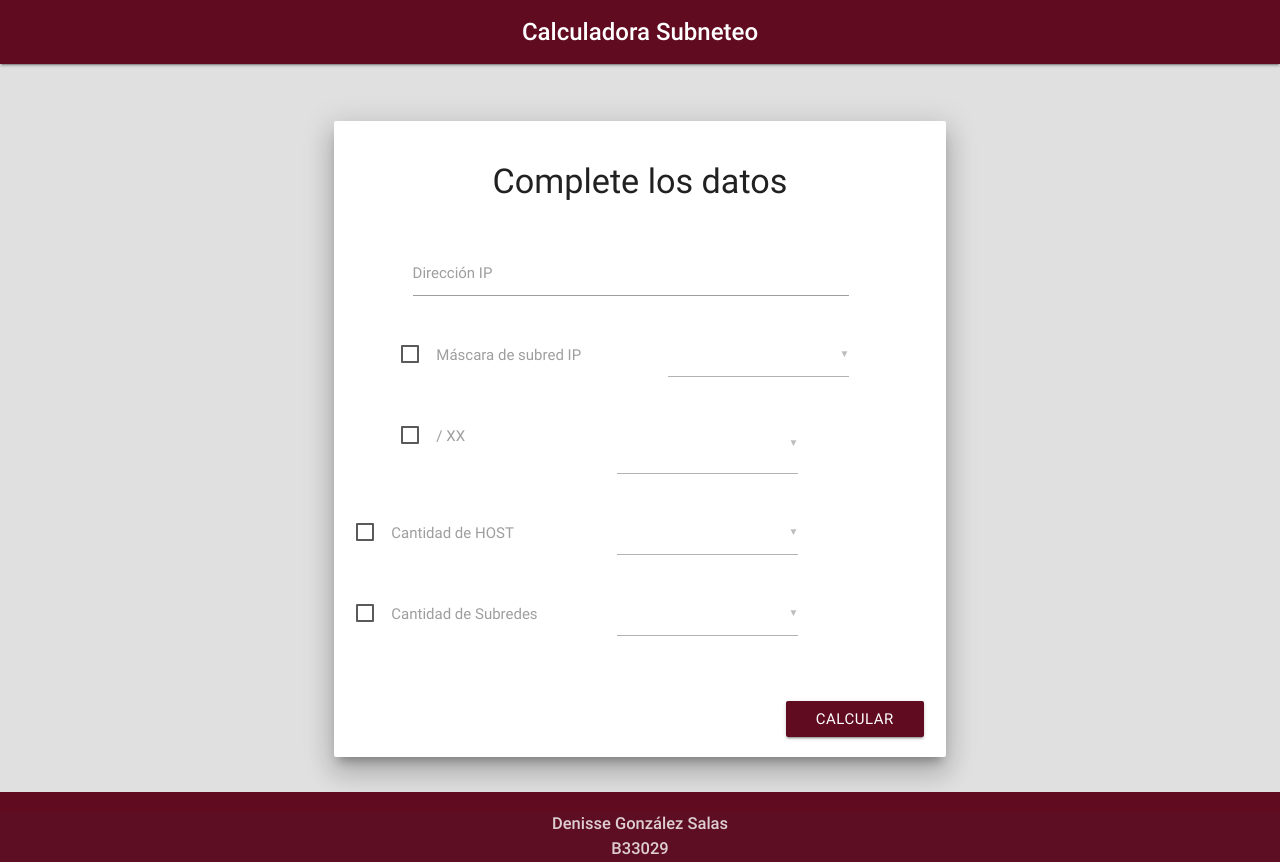
Repository: DenisseGS/Subnet-Calc
Page: http://localhost/
The author's editor kept a record of every edit. The page is drawn from the files as they stood at one moment, then again after the next edit.
The browser window is 1280 px wide. The pictures show the whole page.
Some web libraries are served in a nearby version. The page is served by the project's Laravel application, run on PHP 8.4 with Laravel 8. Other server files are loaded and not shown. Queries for data that is not in the repository find no rows.

Above is the page before.

### routes/web.php
<?php

/*
|--------------------------------------------------------------------------
| Web Routes
|--------------------------------------------------------------------------
|
| Here is where you can register web routes for your application. These
| routes are loaded by the RouteServiceProvider within a group which
| contains the "web" middleware group. Now create something great!
|
*/

Route::get('/', 'CalculadoraController@home');

Auth::routes();

Route::get('/home', 'HomeController@index');

Auth::routes();

Route::get('/home', 'HomeController@index');

Auth::routes();

Route::get('/home', 'HomeController@index');


Route::get('/calcular', 'CalculadoraController@principal');

### app/MascaraXX.php
<?php

namespace App;

use Illuminate\Database\Eloquent\Model;

class MascaraXX extends Model
{
    protected $table = 'mascara/XX';

    protected $primaryKey = 'IDMascaraXX';

    protected $fillable = array('Valor');

    public $timestamps = false;

}

### app/MascaraIP.php
<?php

namespace App;

use Illuminate\Database\Eloquent\Model;

class MascaraIP extends Model
{
    protected $table = 'mascaraIP';

    protected $primaryKey = 'IDMascaraIP';

    protected $fillable = array('Valor');

    public $timestamps = false;
}

### app/Host.php
<?php

namespace App;

use Illuminate\Database\Eloquent\Model;

class Host extends Model
{
    protected $table = 'host';

    protected $primaryKey = 'IDHost';

    protected $fillable = array('Valor');

    public $timestamps = false;
}

### app/Subred.php
<?php

namespace App;

use Illuminate\Database\Eloquent\Model;

class Subred extends Model
{
    protected $table = 'subred';

    protected $primaryKey = 'IDSubred';

    protected $fillable = array('Valor');

    public $timestamps = false;
}

### app/Rangos.php
<?php

namespace App;

use Illuminate\Database\Eloquent\Model;

class Rangos extends Model
{
    protected $table = 'rangos';

    protected $primaryKey = 'IDRango';

    protected $fillable = array('DireccionRed', 'HostInicial', 'HostFinal', 'Broadcast');

    public $timestamps = false;
}

### resources/views/Calculadora.blade.php
@extends('layouts.app')

@section('content')
<div class="container">
    <div class="row">
        <br><br>

          @if(session()->has('msj'))
            <div class="col s12 m3 l2"></div>
            <div class="col s12 m4 l8 card-panel red lighten-3 center-align">
              <span class="white-text">{{session('msj')}}</span>
            </div><br><br>
          @endif

        <div class="col s12 m3 l2"></div>
        <div class=" col s12 m4 l8 card-panel z-depth-5">
            <div class="row">
              <div class="col s12 m4 l4"></div>
              <br><h4 class="center-align">Complete los datos</h4>
              <div class="col s12 m4 l4"></div>
            </div>

            <div class="row">
                <form class="col s12" method="GET" action="/calcular">
                  {{ csrf_field() }}

                  <div class="row">
                    <div class="input-field col"></div><div class="input-field col"></div><div class="input-field col"></div>

                    <div class="input-field col m9">
                      <input id="direccionIP" name="direccionIP" type="text" class="validate"  required oninvalid="this.setCustomValidity('Debe ingresar una dirección IP con el formato: X.X.X.X')"
                        oninput="setCustomValidity('')" required>
                      <label for="direccionIP">Dirección IP</label>
                    </div>

                    <div class="input-field col s5">
                        <div class="input-field col"></div><div class="input-field col"></div>
                        <input type="checkbox" id="checkMascaraIP"/>
                        <label for="checkMascaraIP">Máscara de subred IP</label><br><br>
                    </div>

                    <div class="input-field col"></div><div class="input-field col"></div><div class="input-field col"></div>

                    <div class="input-field col s4">
                        <select id='mascaraIP' name='mascaraIP' disabled>
                          @foreach ($mascarasIP as $maskIP)
                            <option value="{{ $maskIP->IDMascaraIP }}">{{ $maskIP->Valor }}</option>
                          @endforeach
                        </select>
                    </div>

                    <div class="input-field col s4">
                        <div class="input-field col"></div><div class="input-field col"></div>
                        <input type="checkbox" id="checkmascaraXX"/>
                        <label for="checkmascaraXX">/ XX</label><br><br>
                    </div>

                    <div class="input-field col"></div><div class="input-field col"></div><div class="input-field col"></div>

                    <div class="input-field col s4">
                      <div class="input-field col"></div>
                        <select id="mascaraXX" name='mascaraXX' disabled>
                          @foreach ($mascarasXX as $maskXX)
                            <option value="{{ $maskXX->IDMascaraXX }}">{{ $maskXX->Valor }}</option>
                          @endforeach
                        </select>
                    </div>

                    <div class="input-field col"></div><div class="input-field col"></div><div class="input-field col"></div>

                    <div class="input-field col s4">
                        <input type="checkbox" id="checkHost"/>
                        <label for="checkHost">Cantidad de HOST</label><br><br>
                    </div>

                    <div class="input-field col"></div><div class="input-field col"></div><div class="input-field col"></div>

                    <div class="input-field col s4">
                        <select id='hosts' name='hosts' disabled>
                          @foreach ($hosts as $host)
                            <option value="{{ $host->Valor }}">{{ $host->Valor }}</option>
                          @endforeach
                        </select>
                    </div>

                    <div class="input-field col"></div><div class="input-field col"></div><div class="input-field col"></div>

                    <div class="input-field col s4">
                        <input type="checkbox" id="checkSubredes"/>
                        <label for="checkSubredes">Cantidad de Subredes</label><br><br>
                    </div>

                    <div class="input-field col"></div><div class="input-field col"></div><div class="input-field col"></div>

                    <div class="input-field col s4">
                        <select id="subredes" name='subredes' disabled>
                          @foreach ($subredes as $subred)
                            <option value="{{ $subred->Valor }}">{{ $subred->Valor }}</option>
                          @endforeach
                        </select>
                    </div>
                  </div>

                  <div class="col s12">
                        <br>
                        <button class="btn waves-effect waves-light btn right" type="submit" name="action">Calcular</button>
                  </div>

                </form>
            </div>
        </div>
    </div>
</div>

<script>

window.onload = function() {

   $('select').material_select();

    $("#checkmascaraXX").change(function() {
        if($("#checkmascaraXX").is(':checked')) {
            $("#mascaraXX").prop('disabled', false);
            $("#checkMascaraIP").prop('disabled', true);
            $('select').material_select();
        } else {
            $("#mascaraXX").prop('disabled', true);
            $("#checkMascaraIP").prop('disabled', false);
            $('select').material_select();
        }
    });

    $("#checkMascaraIP").change(function() {
        if($("#checkMascaraIP").is(':checked')) {
            $("#mascaraIP").prop('disabled', false);
            $("#checkmascaraXX").prop('disabled', true);
            $('select').material_select();
        } else {
            $("#mascaraIP").prop('disabled', true);
            $("#checkmascaraXX").prop('disabled', false);
            $('select').material_select();
        }
    });

        $("#checkHost").change(function() {
        if($("#checkHost").is(':checked')) {
            $("#hosts").prop('disabled', false);
            $("#checkSubredes").prop('disabled', true);
            $('select').material_select();
        } else {
            $("#hosts").prop('disabled', true);
            $("#checkSubredes").prop('disabled', false);
            $('select').material_select();
        }
    });

    $("#checkSubredes").change(function() {
        if($("#checkSubredes").is(':checked')) {
            $("#subredes").prop('disabled', false);
            $("#checkHost").prop('disabled', true);
            $('select').material_select();
        } else {
            $("#subredes").prop('disabled', true);
            $("#checkHost").prop('disabled', false);
            $('select').material_select();
        }
    });

}

</script>

@endsection

### resources/views/layouts/app.blade.php
<!DOCTYPE html>
<html lang="{{ config('app.locale') }}">
<head>
    <meta charset="utf-8">
    <meta http-equiv="X-UA-Compatible" content="IE=edge">
    <meta name="viewport" content="width=device-width, initial-scale=1">

    <!-- CSRF Token -->
    <meta name="csrf-token" content="{{ csrf_token() }}">

    <title>{{ config('app.name', 'Calculadora_CIDR') }}</title>

    <!-- Styles
    <link href="{{ asset('css/app.css') }}" rel="stylesheet"> -->
    <link type="text/css" rel="stylesheet" href="style/css/materialize.min.css"  media="screen,projection"/>
    <link type="text/css" rel="stylesheet" href="style/css/master.css"/>

    <!-- Scripts -->
    <script>
        window.Laravel = {!! json_encode([
            'csrfToken' => csrf_token(),
        ]) !!};
    </script>

    <style>

         #body {
            display: flex;
            min-height: 100vh;
            flex-direction: column;
            background-color: #e0e0e0;
            font-size: 110%;
         }

         #main {
            flex: 1 0 auto;
         }

        #footer, #nav, .btn {
            background-color: #610B21;
        }

        #tamanoFooter { height: 50px; }

        .btn:hover {
            background-color: #840f2d;
        }

        .dropdown-content li > a, .dropdown-content li > span {
            color: #840f2d;
        }

        [type="checkbox"]:checked + label:before {
            border-right: 2px solid #840f2d;
            border-bottom: 2px solid #840f2d;
        }

        input[type=text]:focus:not([readonly]) + label {
          color: #840f2d;
          font-size: 100%;
        }

        input[type=checkbox]:focus:not([readonly]) + label {
          color: #840f2d;
          font-size: 95%;
        }

        form label{font-size: 100%; color: #840f2d;}

        input[type=text]:focus:not([readonly]) {
          border-bottom: 1px solid #840f2d;
          box-shadow: 0 1px 0 0 #840f2d;
        }

    </style>

</head>

<body id="body">
        <header>
            <nav id="nav">
                <div class="nav-wrapper">
                    <div class="container center">
                        <font size=5><strong>Calculadora Subneteo</strong></font>
                    </div>
                </div>
            </nav>
        </header>

        <main id="main">
          <div class= "content">
            @yield('content')
          </div>
        </main>

        <footer id="footer" class="page-footer">
          <div id="tamanoFooter" class="footer-copyright">
            <div class="container center">
                <div class="col l6 s12">
                    <strong>Denisse González Salas</strong>
                    <br>
                    <strong>B33029</strong>
              </div>
            </div>
          </div>
        </footer>

    <!-- Scripts -->
    <script src="{{ asset('js/app.js') }}"></script>
    <script type="text/javascript" src="https://code.jquery.com/jquery-2.1.1.min.js"></script>
    <script type="text/javascript" src="https://cdnjs.cloudflare.com/ajax/libs/jquery-validate/1.16.0/jquery.validate.min.js"></script>
    <script type="text/javascript" src="style/js/materialize.min.js"></script>

</html>

### public/style/css/master.css
  #body {
    display: flex;
    min-height: 100vh;
    flex-direction: column;
    background-color: #e0e0e0;
  }

  #main {
    flex: 1 0 auto;
  }

Loaded but not shown: app/Http/Controllers/Controller.php (common file); public/style/css/materialize.min.css (library); public/js/app.js (library); public/style/js/materialize.min.js (library); app/Http/Controllers/CalculadoraController.php (329 lines, source omitted)

After the next edit:
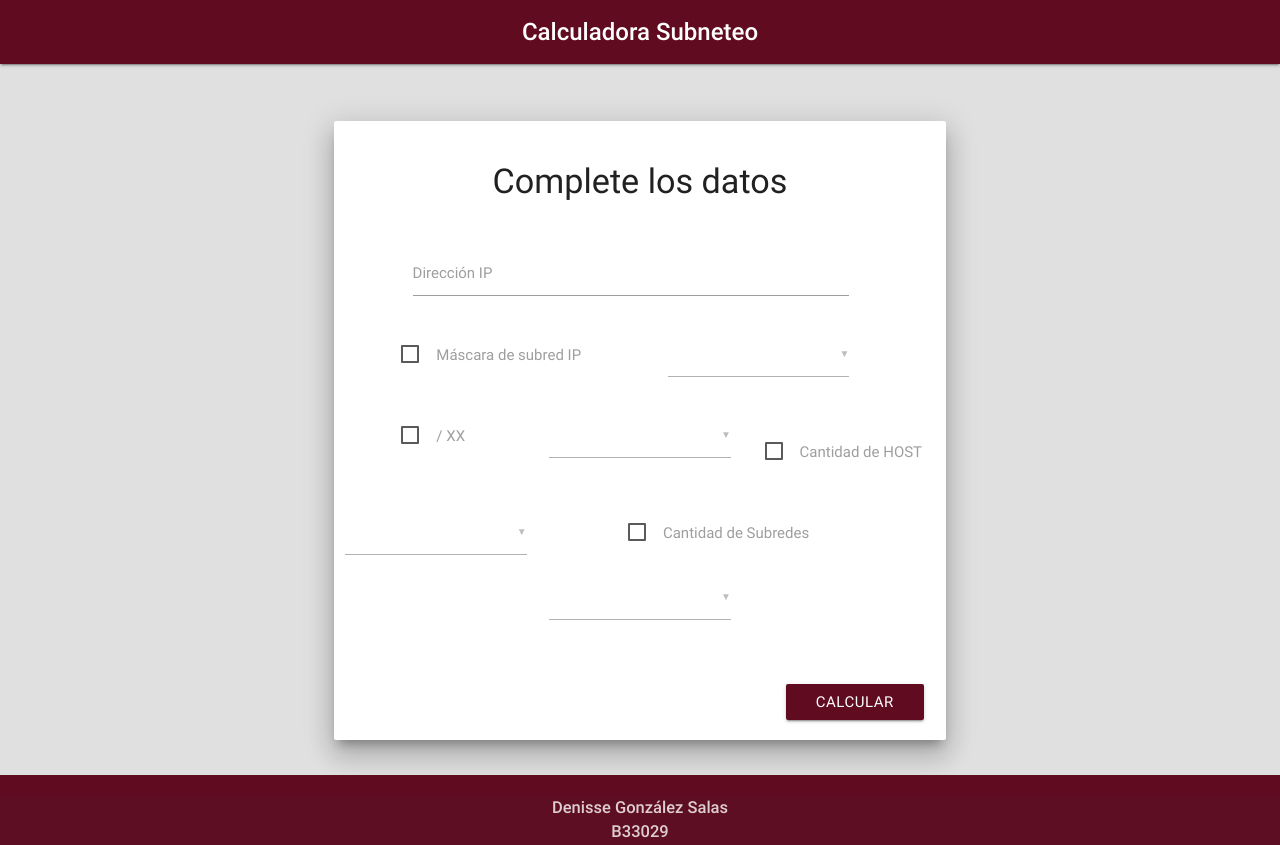
The edit:
--- a/resources/views/Calculadora.blade.php
+++ b/resources/views/Calculadora.blade.php
@@ -55,10 +55,7 @@
                         <label for="checkmascaraXX">/ XX</label><br><br>
                     </div>
 
-                    <div class="input-field col"></div><div class="input-field col"></div><div class="input-field col"></div>
-
                     <div class="input-field col s4">
-                      <div class="input-field col"></div>
                         <select id="mascaraXX" name='mascaraXX' disabled>
                           @foreach ($mascarasXX as $maskXX)
                             <option value="{{ $maskXX->IDMascaraXX }}">{{ $maskXX->Valor }}</option>
